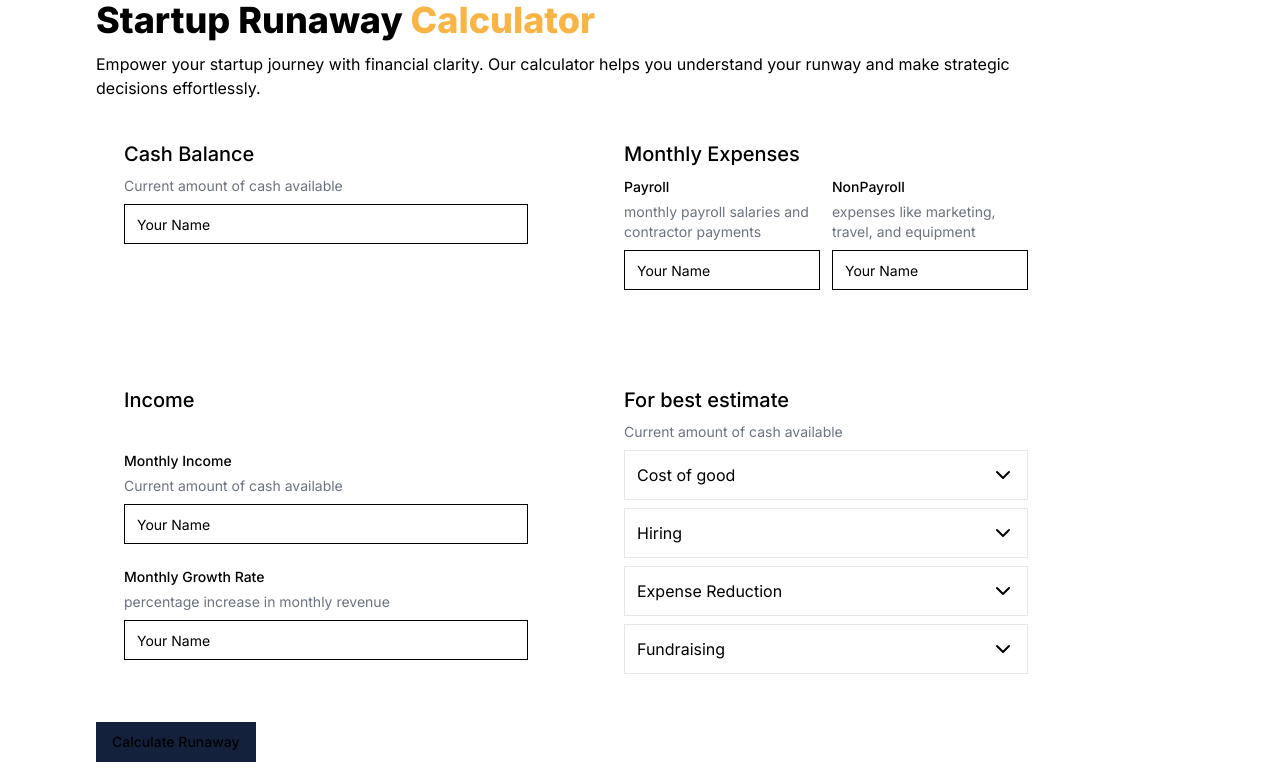
Repository: wossenF/startup-runaway-calculator
Page: /
These files come from the project's save history. The page is drawn as it stood at one moment and after the next save; the edit follows.
The browser window is 1280 px wide. The pictures show the whole page.
The project was rebuilt for these pictures with package versions that can differ from the ones it lists, and the page was loaded fresh each time. The framework's server and built-in components were replaced by stand-ins that run in the browser. Also part of the build but not shown: next.config.mjs.

Above is the page before, as saved 2024-04-08 13:51:34.

After the next save:
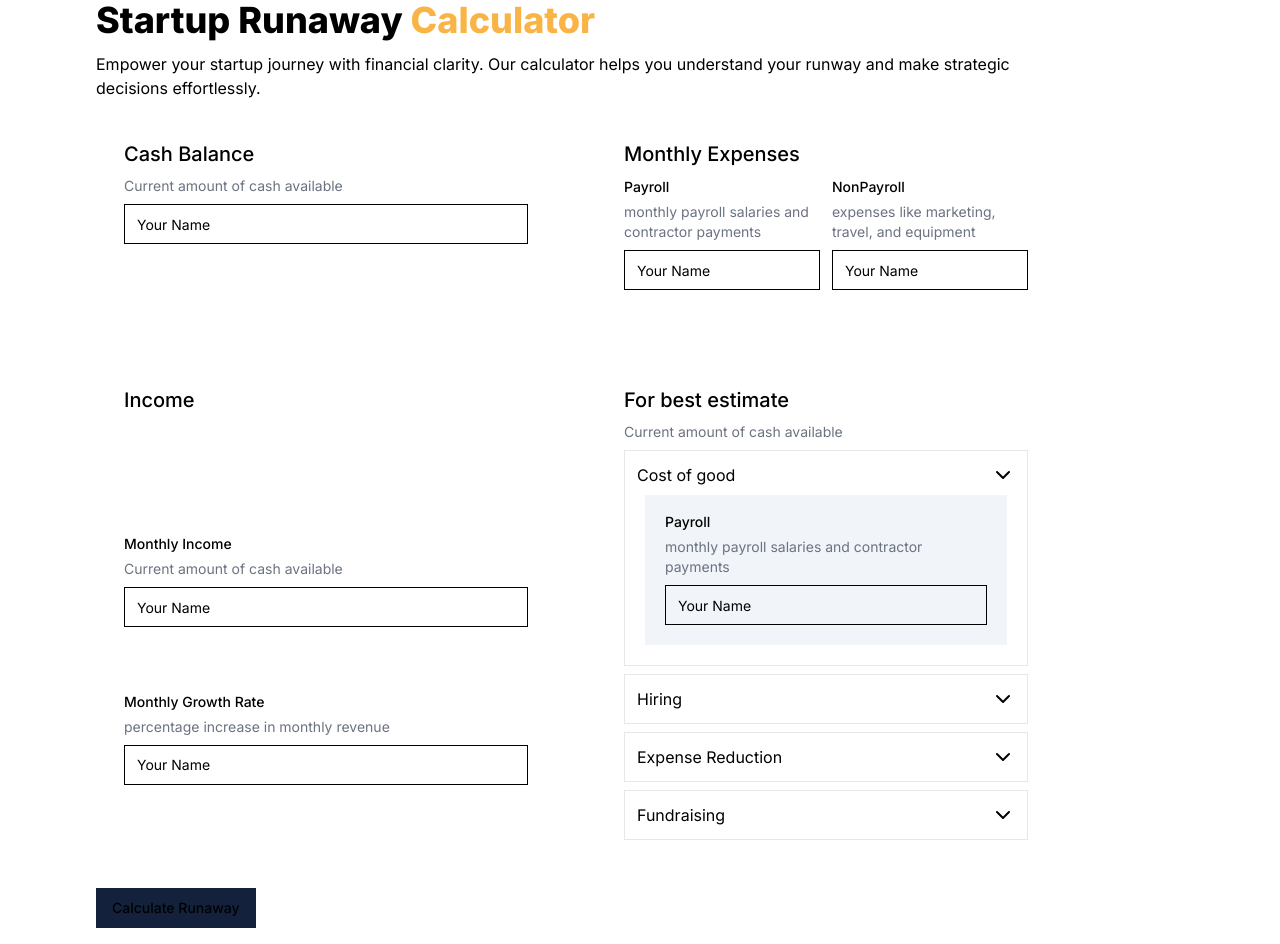
Saved 9 s later.
--- a/src/components/UserInput.tsx
+++ b/src/components/UserInput.tsx
@@ -76,6 +76,16 @@
               <p>Cost of good </p>
               <ChevronDown />
             </div>
+
+            <div className=" p-5 bg-slate-100 m-2">
+            <form className="grid gap-2">
+              <Label className="">Payroll</Label>
+              <p className="text-gray-500 text-sm ">
+                monthly payroll salaries and contractor payments
+              </p>
+              <Input name="name" placeholder="Your Name" />
+            </form>
+          </div>
           </div>
           <div className="flex justify-between p-3 gap-20 border rounded-md  ">
             <p>Hiring</p>

After the save that followed:
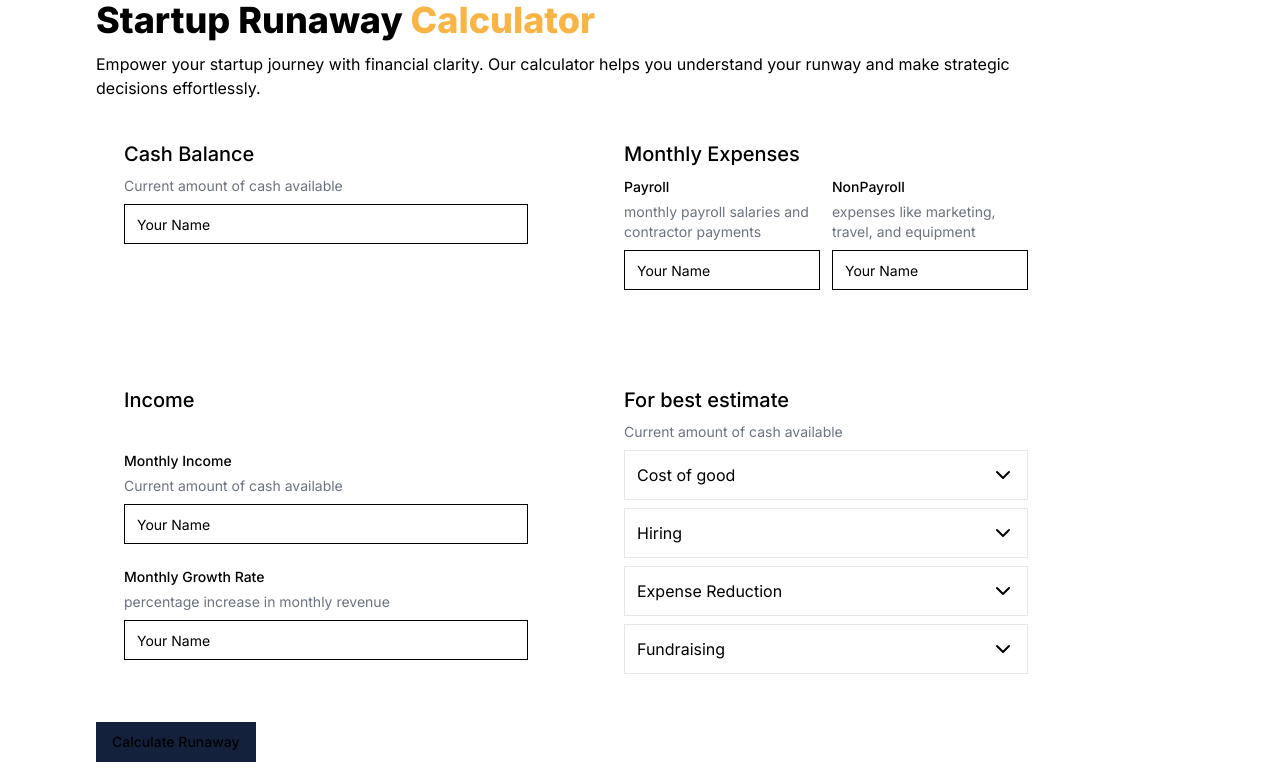
Saved 94 s later.
--- a/src/components/UserInput.tsx
+++ b/src/components/UserInput.tsx
@@ -77,7 +77,7 @@
               <ChevronDown />
             </div>
 
-            <div className=" p-5 bg-slate-100 m-2">
+            <div className=" hidden p-5 bg-slate-100 m-2">
             <form className="grid gap-2">
               <Label className="">Payroll</Label>
               <p className="text-gray-500 text-sm ">
